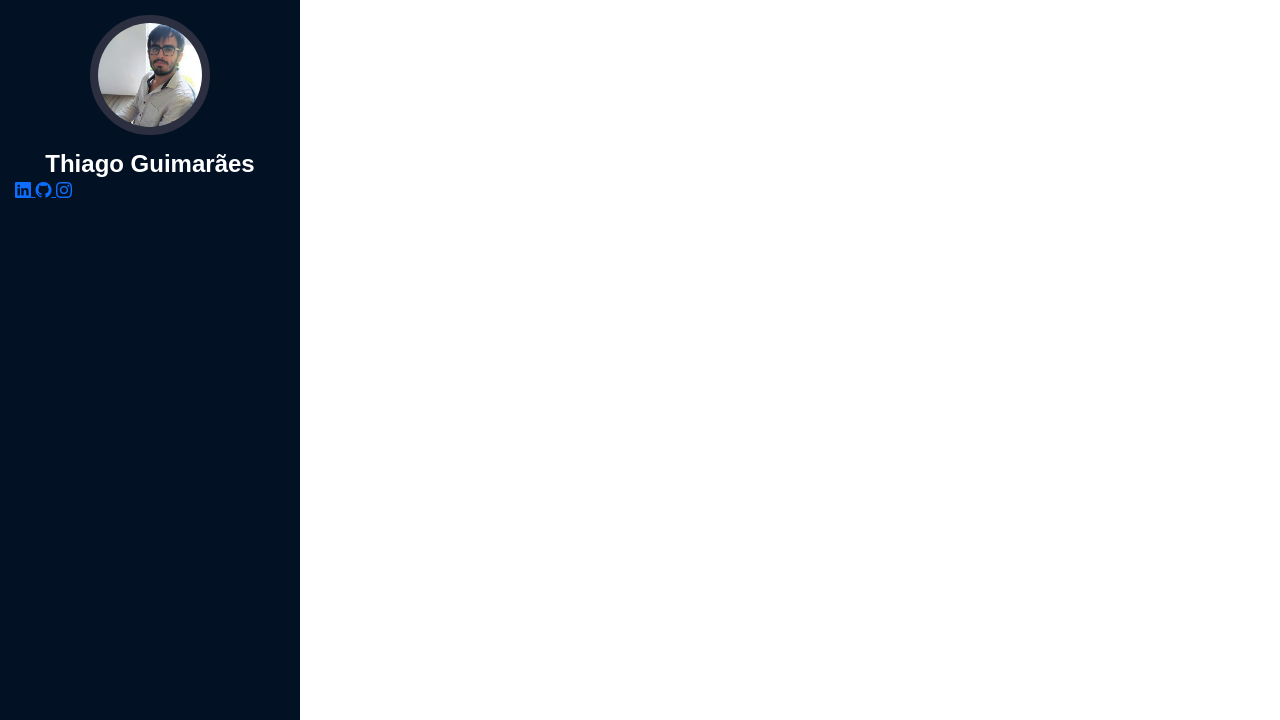
Repository: Rayago/projeto-portfolio
Page: http://localhost/
An editor plug-in stored every save of this project. The page is shown before and after the next save, followed by the edit.
The browser window is 1280 px wide. The pictures show the whole page.
Some web fonts or font styles are not loaded; a fallback is used. The page is served by the project's application, run on Flask 3 (app.py).

Above is the page before, as saved 2022-07-11 23:08:42.

After the next save:
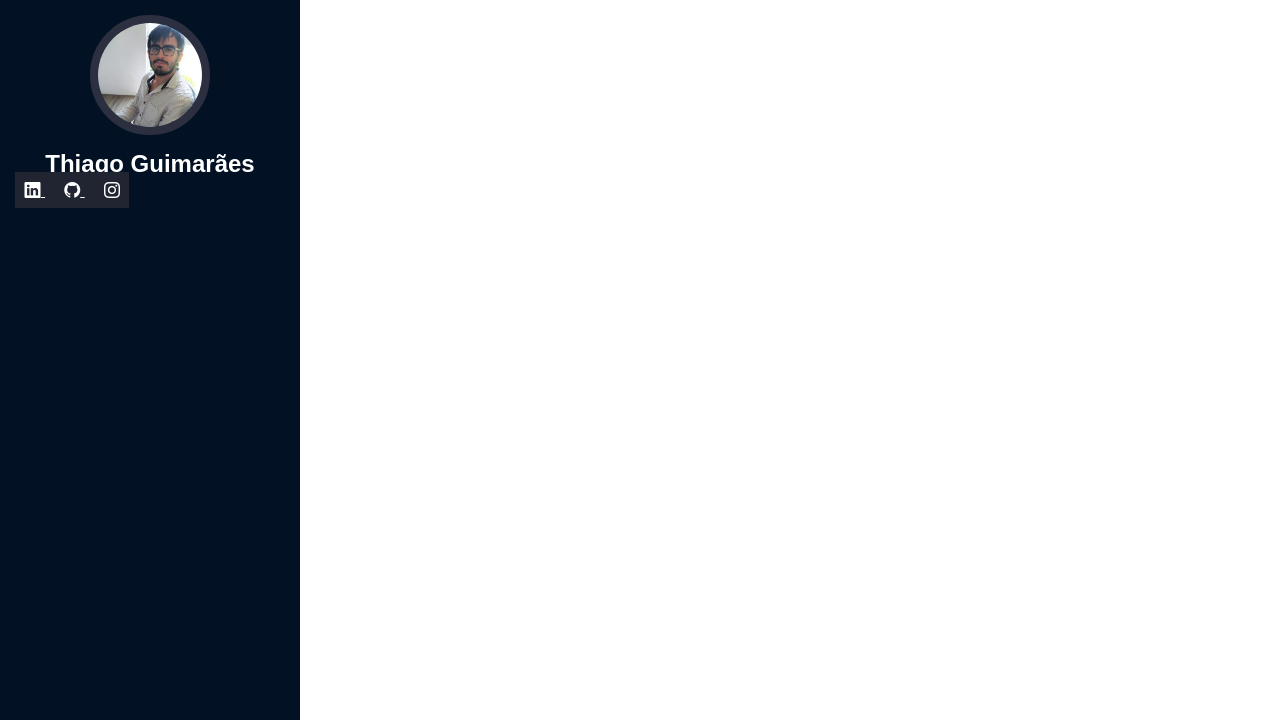
Saved 34 s later.
--- a/static/style.css
+++ b/static/style.css
@@ -36,4 +36,10 @@ html, body {
     color: white;
 }
 
-#header .profile .social-links
+#header .profile .social-links a {
+    font-size: 1rem;
+    background: #212431;
+    color: #fff;
+    padding: 0.6rem;
+
+}
